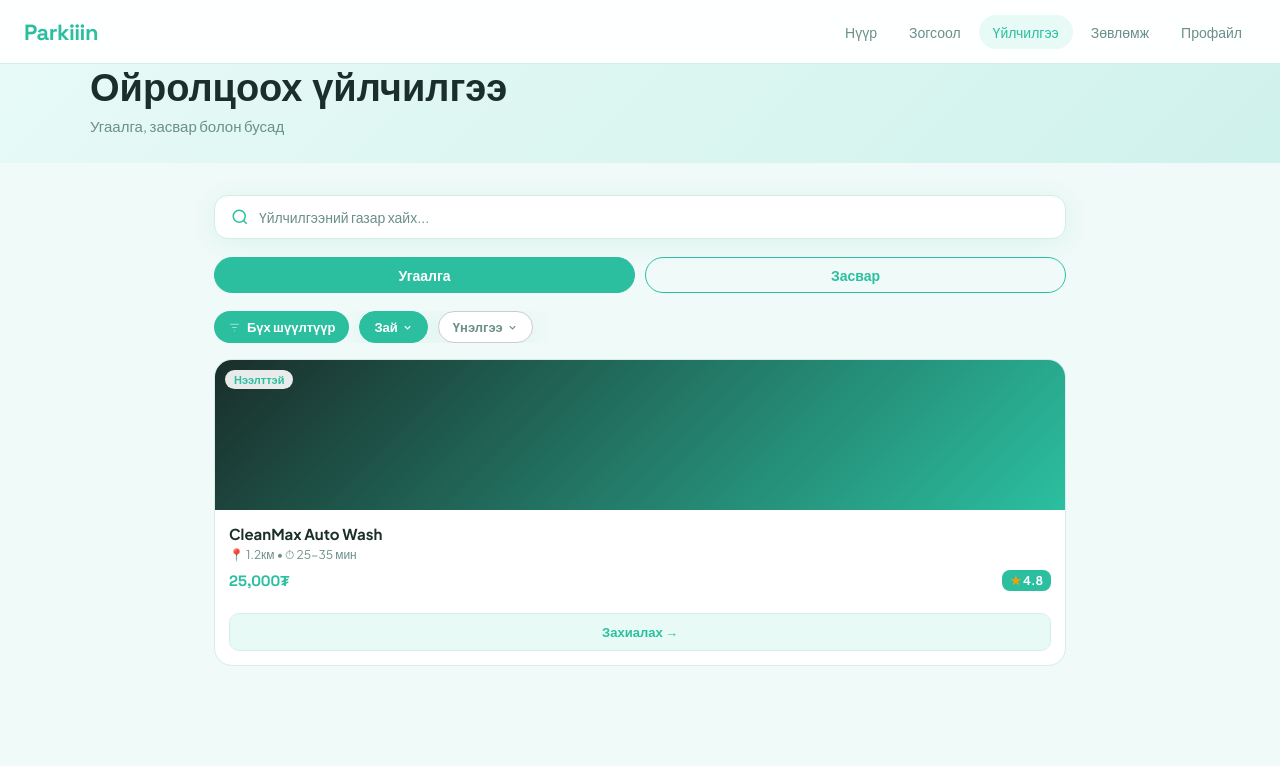
Repository: Enkhush03/Parkiiin_final
Page: /washing (app in frontend/)
An editor plug-in stored every save of this project. The page is shown before and after the next save, followed by the edit.
The browser window is 1280 px wide. The pictures show the whole page.
The project was rebuilt for these pictures with package versions that can differ from the ones it lists, and the page was loaded fresh each time. Also part of the build but not shown: frontend/vite.config.js, frontend/src/components/SearchBar.jsx, frontend/src/pages/Repair.jsx, frontend/src/components/Booking/WashBooking.jsx, frontend/src/components/Booking/RepairBooking.jsx, frontend/src/pages/Booking.jsx, frontend/src/pages/Success.jsx.

Above is the page before, as saved 2026-05-10 15:48:31.

### frontend/index.html
<!doctype html>
<html lang="en">
  <head>
    <meta charset="utf-8" />
    <meta name="viewport" content="width=device-width, initial-scale=1.0" />
    <title>Frontend</title>
  </head>
  <body>
    <div id="root"></div>
    <script type="module" src="/src/main.jsx"></script>
  </body>
</html>

### frontend/src/main.jsx
import React from 'react'
import { createRoot } from 'react-dom/client'
import App from './App'
import '../../styles/main.css'

const root = createRoot(document.getElementById('root'))
root.render(
  <React.StrictMode>
    <App />
  </React.StrictMode>
)

### frontend/src/App.jsx
import { BrowserRouter, Routes, Route } from "react-router-dom";
import Washing from "./pages/Washing";
import Repair from "./pages/Repair";
import Booking from "./pages/Booking";
import Success from "./pages/Success"

function App(){
  return  (<BrowserRouter>
      <Routes>
        <Route path="/" element={<Washing />} />
        <Route path="/booking" element={<Booking />} />
        <Route path="/success" element={<Success />} />
        <Route path="/washing" element={<Washing />} />
        <Route path="/repair" element={<Repair />} />
      </Routes>
    </BrowserRouter>
  )
}
export default App;

### frontend/src/pages/Washing.jsx
import "../../../styles/main.css"
import { useState, useEffect } from "react"
import ServiceCard from "../components/ServiceCard"
import Navbar from "../components/Navbar/Navbar"
import SearchBar from "../components/SearchBar"
import { Link } from "react-router-dom"

export default function Washing() {

  const [query, setQuery] = useState("")
  const [activeTab, setActiveTab] = useState("wash")
  const [sortType, setSortType] = useState("distance")
  const [services, setServices] = useState([])

  useEffect(() => {
    fetch('/api/parking.json')
    .then(res => res.json())
    .then(data =>{
      // JSON дотроос washing төрөлтэй үйлчилгээг шүүж авах
      const washingServices = data.services
        .filter(s => s.type === 'washing')
        .map(s => ({
          ...s,
          // Сүүлд гарч ирэх картуудад хэрэгтэй нэмэлт талбарууд
          distance: s.loc.includes("км") ? s.loc.split(",")[1].trim() : "1.0km",
          time: "25-35 мин",
          tag: "Нээлттэй",
          type: "wash",
          gradient: "linear-gradient(135deg,#1a2e2a,#2BBFA0)"
        }));
      setServices(washingServices);
    })
    .catch(err => console.error("Error loading services:", err));
  }, []);

  //  filter
  const filteredServices = services
    .filter((s) =>
      s.name.toLowerCase().includes(query.toLowerCase())
    )
    .filter((s) => s.type === activeTab)

  //  sort
  const parseDistance = (d) => parseFloat(d)

  const sortedServices = [...filteredServices].sort((a, b) => {
    if (sortType === "distance") {
      return parseDistance(a.distance) - parseDistance(b.distance)
    }
    if (sortType === "rating") {
      return b.rating - a.rating
    }
    return 0
  })

  return (
    <>
      <Navbar />

      <div className="page-header" style={{ paddingTop: '64px' }}>
        <div className="page-header-inner">
          <h1>Ойролцоох үйлчилгээ</h1>
          <p>Угаалга, засвар болон бусад</p>
        </div>
      </div>

      <main className="services-content" style={{ paddingBottom: '100px' }}>

        {/* ── Search ─────────────────────────────────────── */}
        <div className="search-bar" style={{ marginBottom: '18px' }} role="search">
          <svg viewBox="0 0 24 24" aria-hidden="true">
            <circle cx="11" cy="11" r="8" />
            <line x1="21" y1="21" x2="16.65" y2="16.65" />
          </svg>
          <input type="text" placeholder="Үйлчилгээний газар хайх..." value={query} onChange={(e) => setQuery(e.target.value)}
            autoComplete="off" aria-label="Угаалгын газар хайх" />
        </div>

        {/* ── Service type tabs ──────── */}
        <div className="service-tabs" role="tablist" aria-label="Үйлчилгээний төрөл">
          <Link to="/washing" className="service-tab active" role="tab" aria-selected="true">Угаалга</Link>
          <Link to="/repair" className="service-tab" role="tab" aria-selected="false">Засвар</Link>
        </div>

        {/* ── Filter row ─────────────────────────────────── */}
        <div className="wash-filters" role="group" aria-label="Шүүлтүүр">
          <button className="wash-filter-primary" aria-pressed="false">
            <svg viewBox="0 0 24 24" aria-hidden="true">
              <line x1="4" y1="6" x2="20" y2="6" />
              <line x1="8" y1="12" x2="16" y2="12" />
              <line x1="11" y1="18" x2="13" y2="18" />
            </svg>
            Бүх шүүлтүүр
          </button>
          <button className={`wash-filter-sort ${sortType === 'distance' ? 'active' : ''}`} onClick={() => setSortType('distance')} aria-label="Зайгаар эрэмбэлэх">
            Зай
            <svg viewBox="0 0 24 24" aria-hidden="true"><polyline points="6 9 12 15 18 9" /></svg>
          </button>
          <button className={`wash-filter-sort ${sortType === 'rating' ? 'active' : ''}`} onClick={() => setSortType('rating')} aria-label="Үнэлгээгээр эрэмбэлэх">
            Үнэлгээ
            <svg viewBox="0 0 24 24" aria-hidden="true"><polyline points="6 9 12 15 18 9" /></svg>
          </button>
        </div>

        {/* Cards */}
        <div className="parking-grid">
          {sortedServices.map((s) => (
            <ServiceCard key={s.name} {...s} />
          ))}
        </div>

      </main>
    </>
  )
}

### frontend/src/components/ServiceCard.jsx
import { useNavigate } from "react-router-dom"
export default function ServiceCard({
  name,
  distance,
  time,
  price,
  rating,
  tag,
  gradient,
  type
}) {
    const navigate = useNavigate()
  return (
    <div className="service-card">
      <div
        className="service-img"
        style={{ background: gradient }}
      >
        <span></span>
        <div className="s-tag">{tag}</div>
      </div>

      <div className="service-body">
        <div className="service-name">{name}</div>
        <div className="service-dist">
          📍 {distance} • ⏱ {time}
        </div>

        <div className="service-foot">
          <div className="s-price">{price}</div>
          <div className="s-rating">{rating}</div>
        </div>

        <button className="book-btn"
        onClick={() =>
    navigate("/booking", {
      state: {
        type,
        name,
        price,
        distance,
        rating
      }
    })
  }
>
          Захиалах →
        </button>
      </div>
    </div>
  )
}

### frontend/src/components/Navbar/Navbar.jsx
import { useState } from 'react'
import { Link, useLocation } from 'react-router-dom'

const NAV_LINKS = [
  { to: '/',        label: 'Нүүр' },
  { to: '/parking', label: 'Зогсоол' },
  { to: '/washing', label: 'Үйлчилгээ' },
  { to: '/tips',    label: 'Зөвлөмж' },
  { to: '/profile', label: 'Профайл' },
]

export default function Navbar() {
  const { pathname } = useLocation()
  const [open, setOpen] = useState(false)

  return (
    <>
      <nav className="top-nav" aria-label="Үндсэн навигац">
        <Link to="/" className="nav-logo">Parkiiin</Link>

        {/* Desktop links */}
        <div className="nav-links">
          {NAV_LINKS.map(({ to, label }) => (
            <Link
              key={to}
              to={to}
              className={`nav-link ${pathname === to ? 'active' : ''}`}
            >
              {label}
            </Link>
          ))}
        </div>

        {/* Hamburger */}
        <button
          className="hamburger"
          onClick={() => setOpen(o => !o)}
          aria-label="Цэс нээх"
          aria-expanded={open}
        >
          <span /><span /><span />
        </button>
      </nav>

      {/* Mobile menu (if you implement hamburger toggle via classes) */}
      <div className={`mobile-menu ${open ? 'open' : ''}`} role="navigation">
        {NAV_LINKS.map(({ to, label }) => (
          <Link
            key={to}
            to={to}
            className={`nav-link ${pathname === to ? 'active' : ''}`}
            onClick={() => setOpen(false)}
          >
            {label}
          </Link>
        ))}
      </div>
    </>
  )
}

Loaded but not shown: frontend/public/api/parking.json (80 lines, source omitted); frontend/src/services/parkingService.js (29 lines, source omitted); styles/main.css (7667 lines, source omitted)

After the next save:
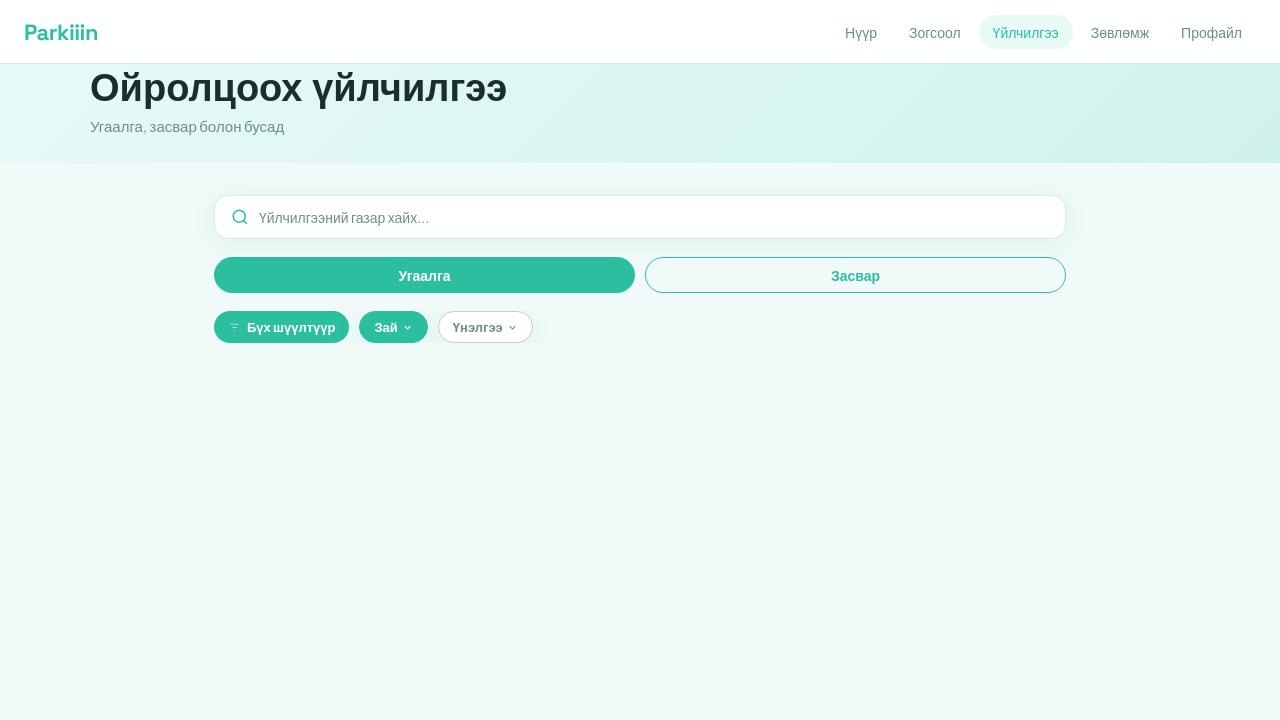
Saved 4 min 42 s later.
--- a/frontend/src/pages/Washing.jsx
+++ b/frontend/src/pages/Washing.jsx
@@ -4,6 +4,7 @@ import ServiceCard from "../components/ServiceCard"
 import Navbar from "../components/Navbar/Navbar"
 import SearchBar from "../components/SearchBar"
 import { Link } from "react-router-dom"
+import { parkingService } from "../services/parkingService"
 
 export default function Washing() {
 
@@ -13,15 +14,10 @@ export default function Washing() {
   const [services, setServices] = useState([])
 
   useEffect(() => {
-    fetch('/api/parking.json')
-    .then(res => res.json())
-    .then(data =>{
-      // JSON дотроос washing төрөлтэй үйлчилгээг шүүж авах
-      const washingServices = data.services
-        .filter(s => s.type === 'washing')
-        .map(s => ({
-          ...s,
-          // Сүүлд гарч ирэх картуудад хэрэгтэй нэмэлт талбарууд
+    parkingService.getServicesByType('washing')
+    .then(washingServices =>{
+     const mapped = washingServices.map(s =>({
+
           distance: s.loc.includes("км") ? s.loc.split(",")[1].trim() : "1.0km",
           time: "25-35 мин",
           tag: "Нээлттэй",
